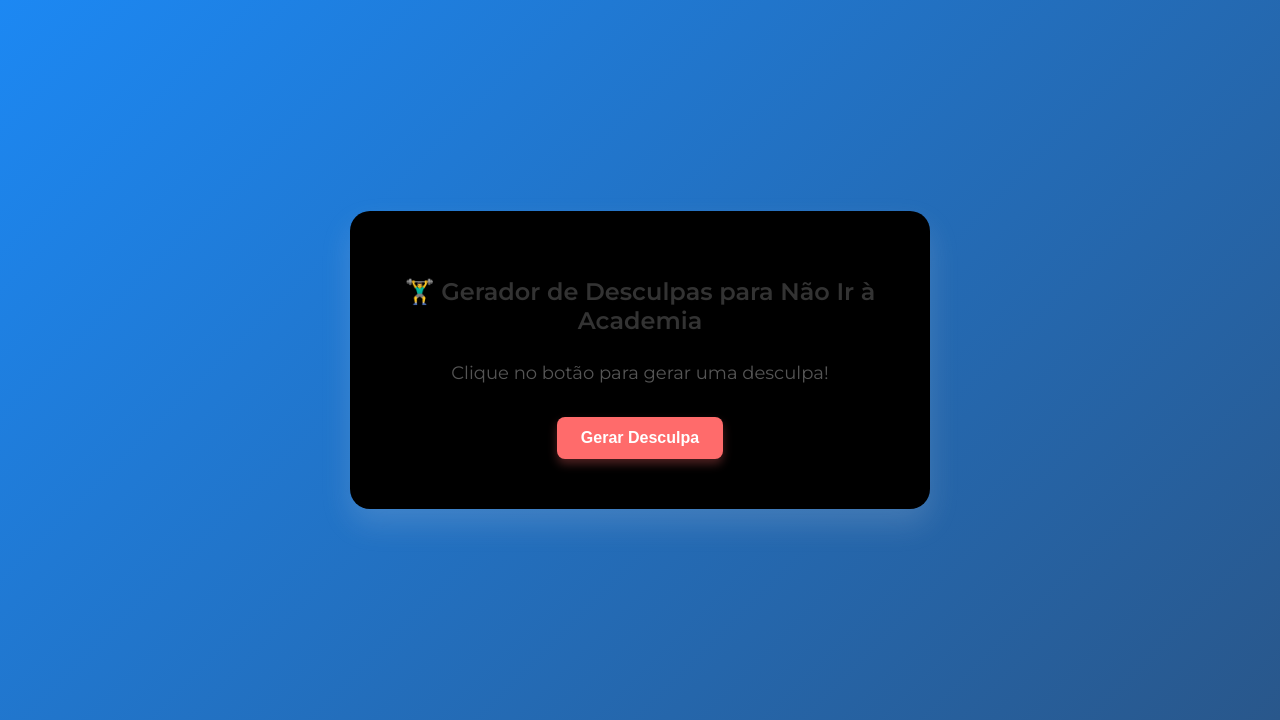
Repository: Wbyh7z/gerador-de-projeto
Page: index.html
An editor plug-in stored every save of this project. The page is shown before and after the next save, followed by the edit.
The browser window is 1280 px wide. The pictures show the whole page.

Above is the page before, as saved 2025-08-08 15:25:30.

### index.html
<!DOCTYPE html>
<html lang="pt-BR">
<head>
  <meta charset="UTF-8">
  <title>Gerador de Desculpas</title>
  <link rel="stylesheet" href="style.css">
</head>
<body>
  <div class="container">
    <h1>🏋️‍♂️ Gerador de Desculpas para Não Ir à Academia</h1>
    <p id="desculpa">Clique no botão para gerar uma desculpa!</p>
    <button onclick="gerarDesculpa()">Gerar Desculpa</button>
  </div>
  <script src="index.js"></script>
</body>
</html>

### style.css
@import url('https://fonts.googleapis.com/css2?family=Montserrat:wght@400;600&display=swap');

body {
  font-family: 'Montserrat', sans-serif;
  background: linear-gradient(135deg, #1c88f3, #29578b);
  display: flex;
  justify-content: center;
  align-items: center;
  height: 100vh;
  margin: 0;
}

.container {
  background-color: #000000;
  padding: 50px 40px;
  border-radius: 20px;
  box-shadow: 0 15px 30px rgba(240, 236, 236, 0.15);
  text-align: center;
  max-width: 500px;
  width: 90%;
  transition: all 0.3s ease;
}

h1 {
  font-size: 24px;
  color: #333;
  margin-bottom: 25px;
}

#desculpa {
  font-size: 18px;
  color: #555;
  margin-bottom: 30px;
  line-height: 1.5;
}

button {
  padding: 12px 24px;
  font-size: 16px;
  background-color: #ff6b6b;
  color: white;
  border: none;
  border-radius: 8px;
  cursor: pointer;
  font-weight: 600;
  box-shadow: 0 5px 10px rgba(255, 107, 107, 0.3);
  transition: background-color 0.3s ease, transform 0.2s ease;
}

button:hover {
  background-color: #ff4c4c;
  transform: scale(1.05);
}

### index.js
const inicios = [
  "Hoje não vai dar porque",
  "Infelizmente não posso ir porque",
  "A academia vai ter que esperar, pois"
];

const motivos = [
  "meu joelho está em greve",
  "o universo mandou sinais contraditórios",
  "meu gato está carente",
  "minha motivação tirou férias",
  "a gravidade está mais forte hoje"
];

const finais = [
  "...e eu respeito os ciclos cósmicos.",
  "...e não quero desafiar o destino.",
  "...e isso é autocuidado.",
  "...e meu sofá precisa de mim.",
  "...e é uma questão de sobrevivência emocional."
];

function gerarDesculpa() {
  const inicio = inicios[Math.floor(Math.random() * inicios.length)];
  const motivo = motivos[Math.floor(Math.random() * motivos.length)];
  const final = finais[Math.floor(Math.random() * finais.length)];

  const desculpa = `${inicio} ${motivo} ${final}`;
  document.getElementById("desculpa").textContent = desculpa;
}

After the next save:
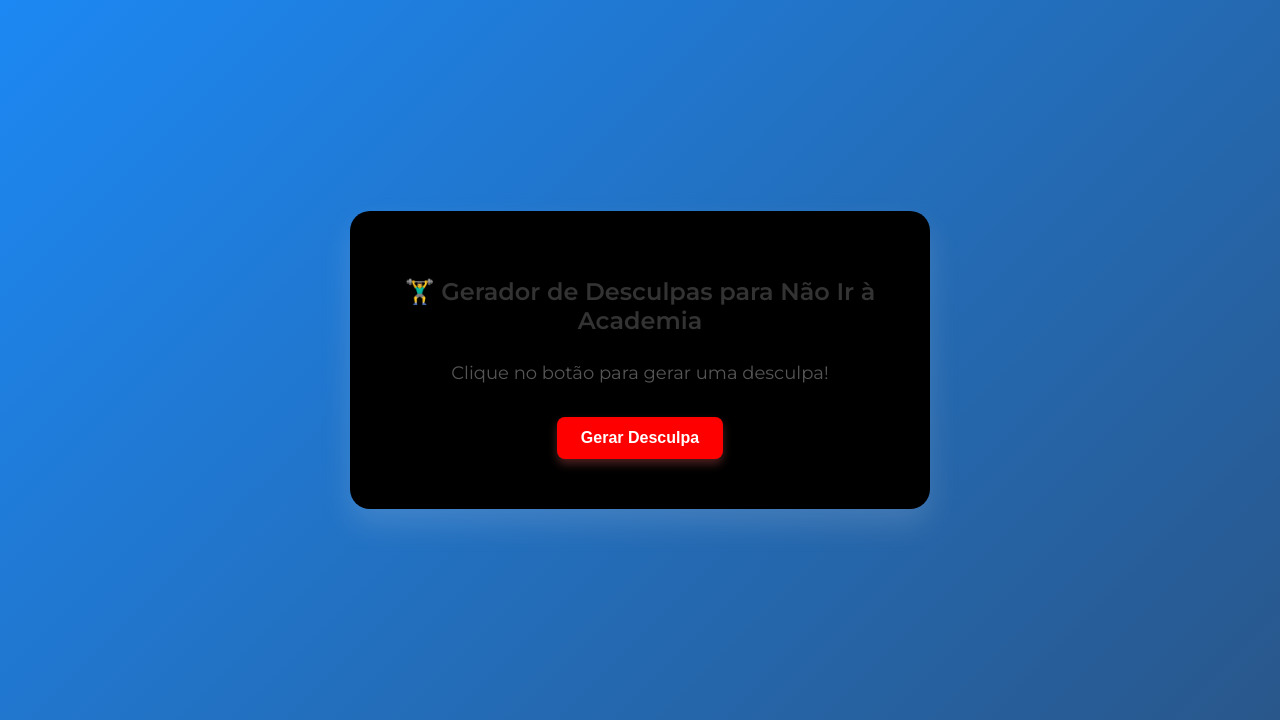
Saved 18 s later.
--- a/style.css
+++ b/style.css
@@ -37,7 +37,7 @@ h1 {
 button {
   padding: 12px 24px;
   font-size: 16px;
-  background-color: #ff6b6b;
+  background-color: #ff0000;
   color: white;
   border: none;
   border-radius: 8px;
